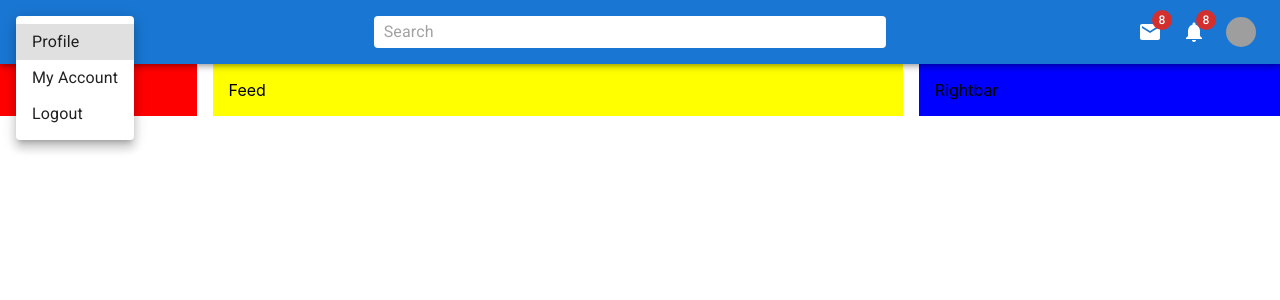
Repository: abubaker-cs/mui5_dashboard
Page: /
These files come from the project's save history. The page is drawn as it stood at one moment and after the next save; the edit follows.
The browser window is 1280 px wide. The pictures show the whole page.
Pictures or frames that could not be fetched are drawn as grey boxes. The project was rebuilt for these pictures with package versions that can differ from the ones it lists, and the page was loaded fresh each time. Also part of the build but not shown: src/App.css.

Above is the page before, as saved 2022-07-17 15:31:30.

After the next save:
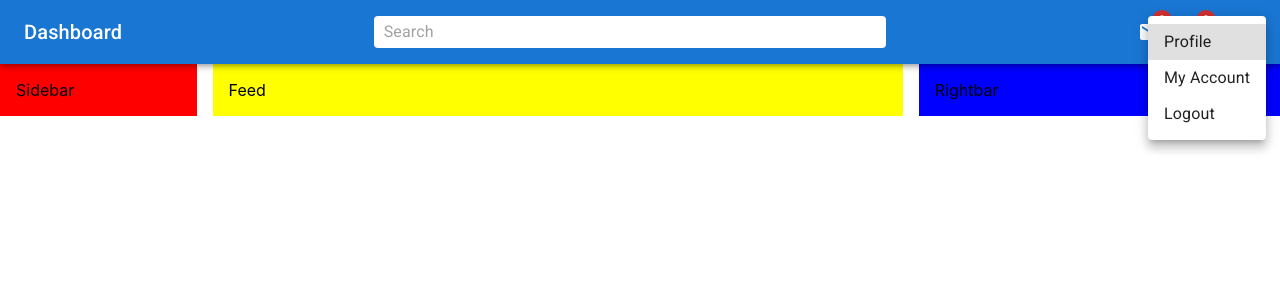
Saved 19 s later.
--- a/src/components/Navbar.jsx
+++ b/src/components/Navbar.jsx
@@ -99,7 +99,7 @@ const Navbar = () => {
         open={true}
         anchorOrigin={{
           vertical: "top",
-          horizontal: "left",
+          horizontal: "right",
         }}
         transformOrigin={{
           vertical: "top",
